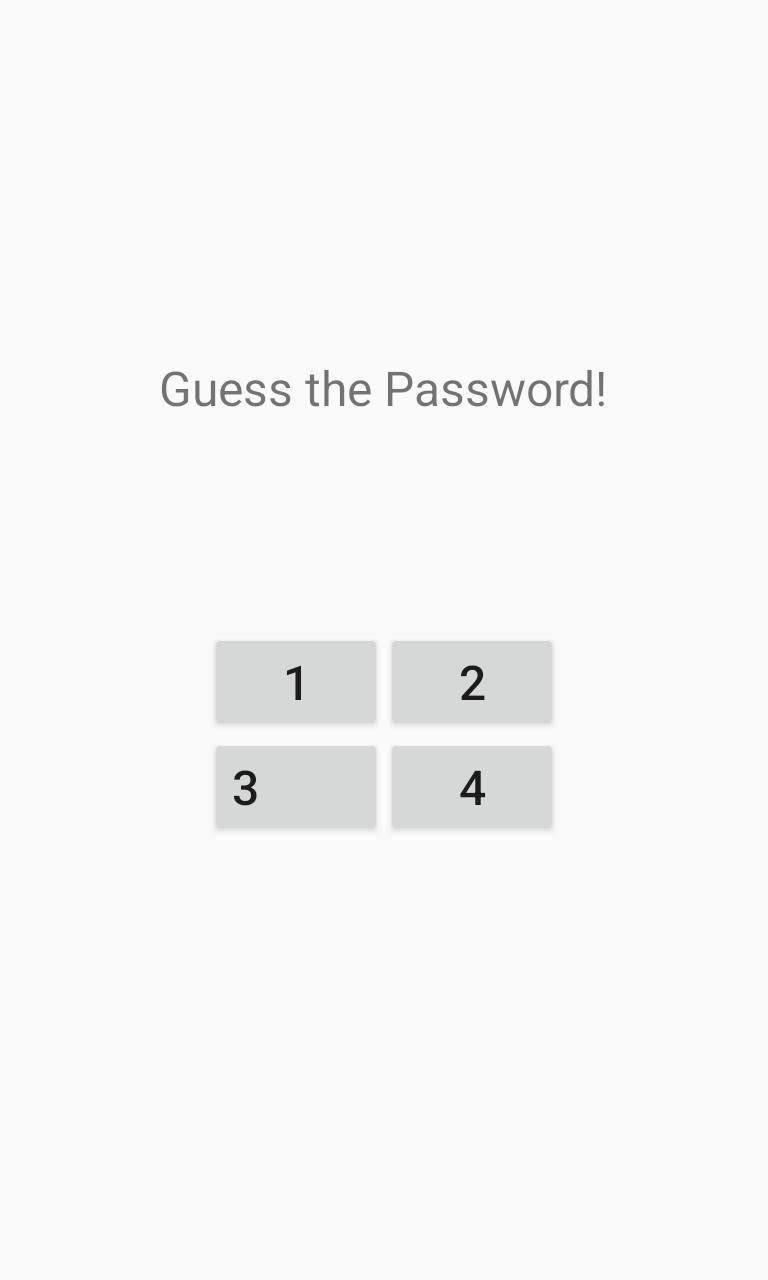
Repository: cryder3/csc303
Layout: Challenge1/res/layout/activity_topsecret.xml
The author's editor kept a copy of each file at every save. The layout is drawn from the files as they stood at one save, then again after the next save.
It is drawn on a 768 x 1280 px phone screen (xhdpi) without system bars, with theme AppTheme; the app's code is not run.

Above is the layout before, as saved 2014-09-10 15:53:15.

### Challenge1/res/layout/activity_topsecret.xml
<LinearLayout xmlns:android="http://schemas.android.com/apk/res/android"
    xmlns:tools="http://schemas.android.com/tools"
    android:id="@+id/LinearLayout1"
    android:layout_width="match_parent"
    android:layout_height="match_parent"
    android:orientation="vertical"
    android:gravity= "center"
    tools:context="${relativePackage}.${activityClass}" >

    <TextView
        android:layout_width="wrap_content"
        android:layout_height="wrap_content"
        android:padding="24dp"
        android:textSize="24dp"
        android:text="@string/title"
        />

    <TextView
        android:id="@+id/entered_text"
        android:layout_width="wrap_content"
        android:layout_height="wrap_content"
        android:textSize="24dp"
        android:padding="24dp"
        />

    <LinearLayout
        android:layout_width="match_parent"
        android:layout_height="wrap_content"
        android:gravity="center"
        >

        <Button
            android:id="@+id/button1"
            android:layout_width="wrap_content"
            android:layout_height="wrap_content"
            android:textSize="24dp"
            android:marginRight="24dp"
            android:text="@string/one" />

        <Button
            android:id="@+id/button2"
            android:layout_width="wrap_content"
            android:layout_height="wrap_content"
            android:textSize="24dp"
            android:text="@string/two" />

    </LinearLayout>
    <LinearLayout
        android:layout_width="match_parent"
        android:layout_height="wrap_content"
        android:gravity="center"
        >

        <Button
            android:id="@+id/button3"
            android:layout_width="wrap_content"
            android:layout_height="wrap_content"
            android:textSize="24dp"
            android:marginRight="50dp"
            android:text="@string/three"
            android:gravity="left" />

        <Button
            android:id="@+id/button4"
            android:layout_width="wrap_content"
            android:layout_height="wrap_content"
            android:textSize="24dp"
            android:text="@string/four" />

    </LinearLayout>

    <TextView
        android:id="@+id/answer"
        android:layout_width="wrap_content"
        android:layout_height="wrap_content"
        android:padding="24dp"
        />


</LinearLayout>

### Challenge1/res/values/strings.xml
<?xml version="1.0" encoding="utf-8"?>
<resources>

    <string name="app_name">Challenge1</string>
    <string name="hello_world">Hello world!</string>
    <string name="incorrect_toast">Nope!</string>
    <string name="one">1</string>
    <string name="two">2</string>
    <string name="three">3</string>
    <string name="four">4</string>
    <string name="title">Guess the Password!</string>

</resources>

Loaded but not shown: Challenge1/res/values/styles.xml (common file); Challenge1/res/values-v11/styles.xml (common file); Challenge1/res/values-v14/styles.xml (common file)

After the next save:
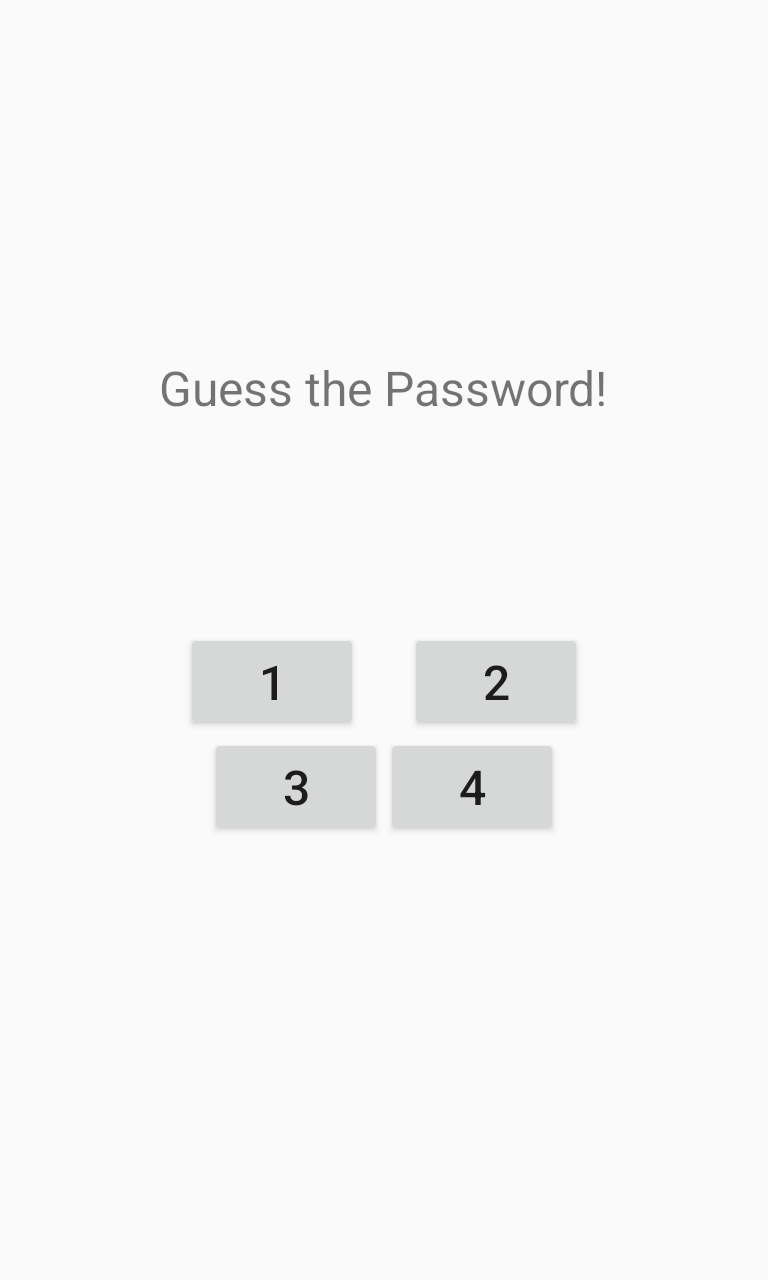
Saved 2 min 52 s later.
--- a/Challenge1/res/layout/activity_topsecret.xml
+++ b/Challenge1/res/layout/activity_topsecret.xml
@@ -34,7 +34,7 @@
             android:layout_width="wrap_content"
             android:layout_height="wrap_content"
             android:textSize="24dp"
-            android:marginRight="24dp"
+            android:layout_marginRight="24dp"
             android:text="@string/one" />
 
         <Button
@@ -57,8 +57,7 @@
             android:layout_height="wrap_content"
             android:textSize="24dp"
             android:marginRight="50dp"
-            android:text="@string/three"
-            android:gravity="left" />
+            android:text="@string/three" />
 
         <Button
             android:id="@+id/button4"
